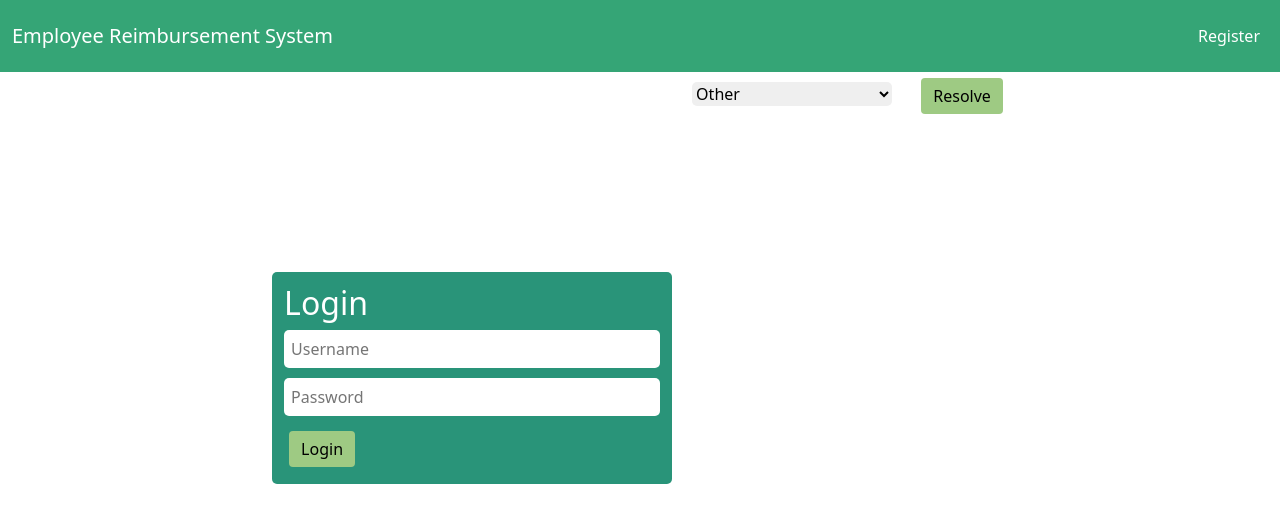
Repository: ChrisRod1212/FullStackJavaProject1
Page: src/main/resources/index.html
An editor plug-in stored every save of this project. The page is shown before and after the next save, followed by the edit.
The browser window is 1280 px wide. The pictures show the whole page.

Above is the page before, as saved 2022-03-24 23:19:47.
Console error (its wording comes from the project's code and is left out).

After the next save:
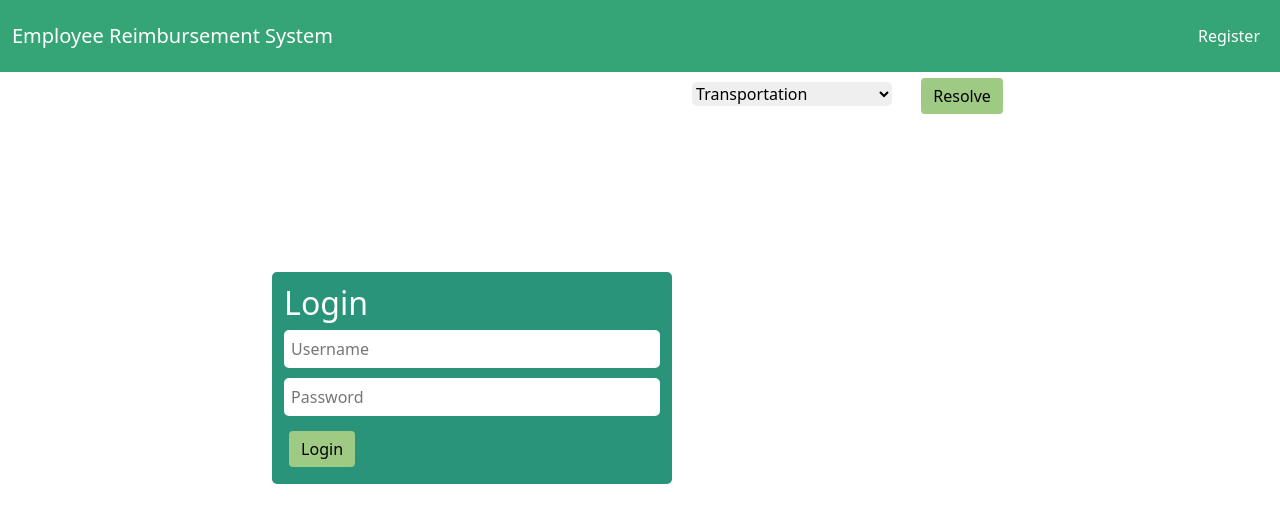
Saved 9 s later.
--- a/src/main/resources/index.html
+++ b/src/main/resources/index.html
@@ -45,7 +45,6 @@
 
           <div>
             <select class= "form-input" id="resolve_${reimbursement.reimbId}" placeholder="Reimbursement Type" >
-              <option value=4>Other</option>
               <option value=0>Transportation</option>
               <option value=1>Food</option>
               <option value=2>Lodging</option>
